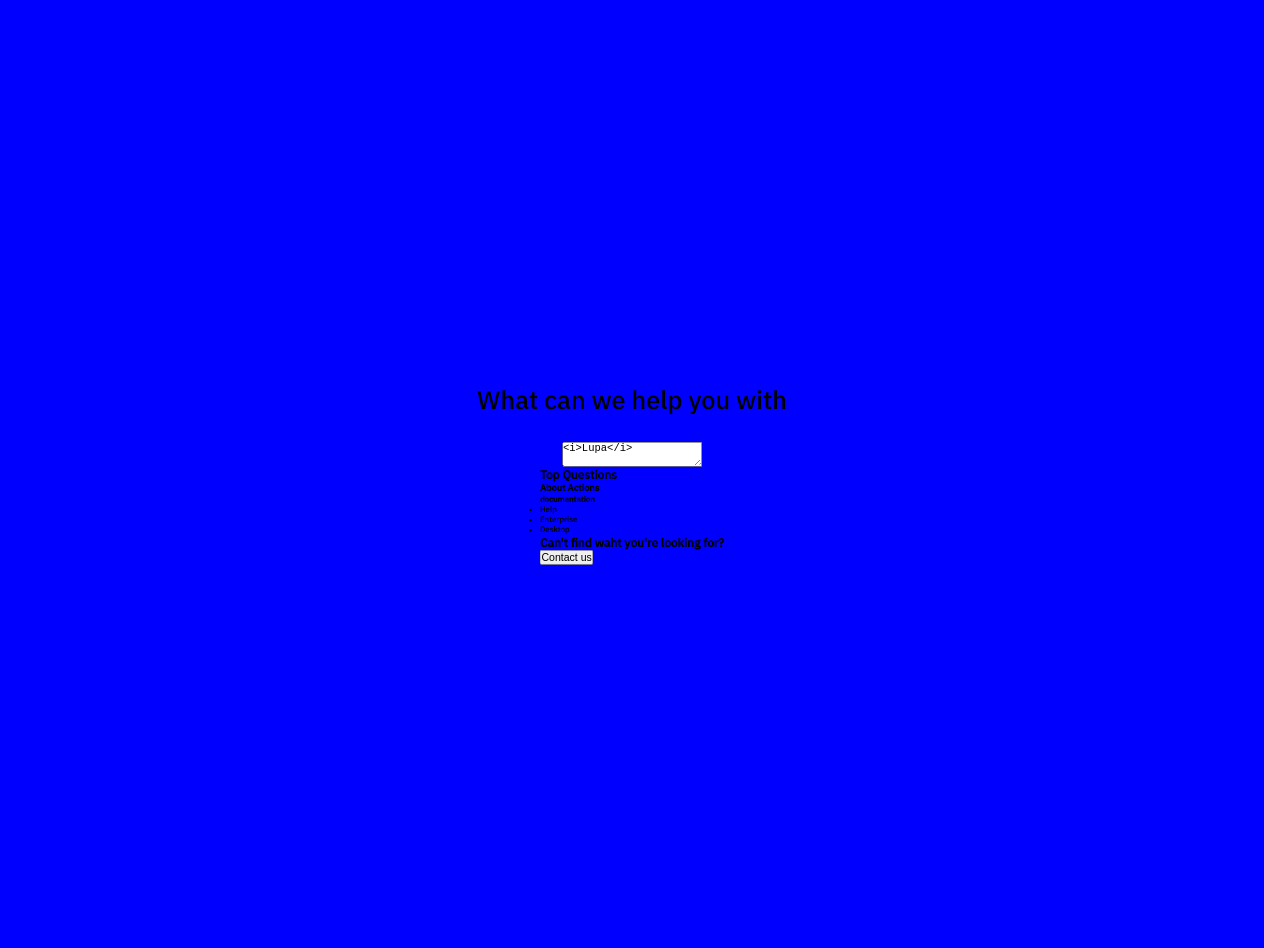
Repository: Hcmwebs/Help-Center-UI-
Page: index.html
The author's editor kept a copy of each file at every save. The page is drawn from the files as they stood at one save, then again after the next save.
The browser window is 1280 px wide. The page is 1600 px wide, so the pictures cover 1600 px, including what lies to the right of the window. The pictures show the whole page, at 79% of full size.
The style sheet was rebuilt from its Sass, Less or Tailwind sources for each picture, by a compiler version that may differ from the author's.

Above is the page before, as saved 2020-08-17 22:36:08.

After the next save:
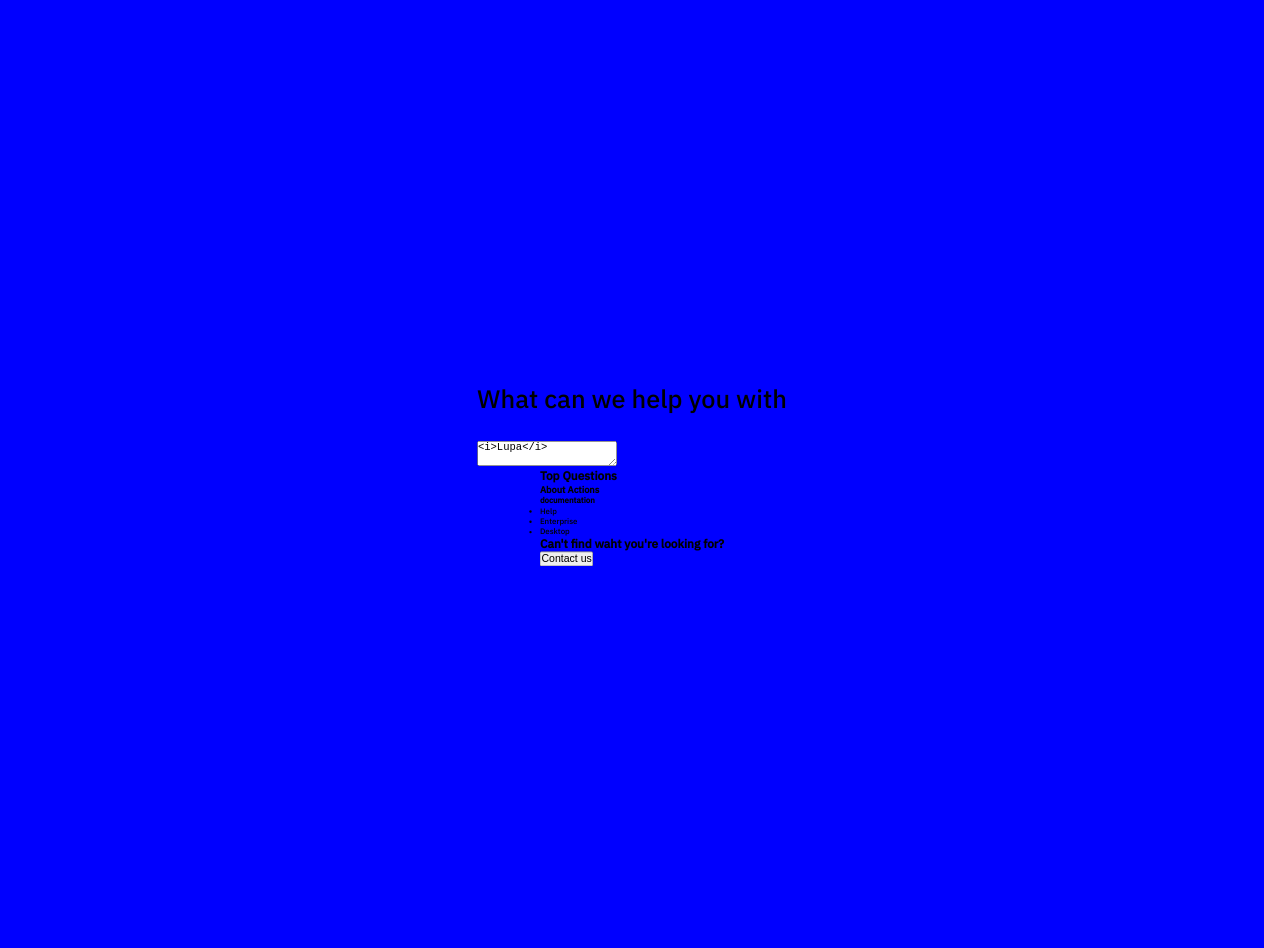
Saved 107 s later.
--- a/index.html
+++ b/index.html
@@ -10,8 +10,10 @@
     <div class="container">
 
         <!-- *******header****** -->
-        <h1>What can we help  you with</h1>
-        <textarea name="textarea" id="textarea" ><i>Lupa</i></textarea>
+        <header>
+            <h1>What can we help  you with</h1>
+            <textarea name="textarea" id="textarea" ><i>Lupa</i></textarea>
+        </header>
 
         <!-- *******card****** -->
         <div class="card">
